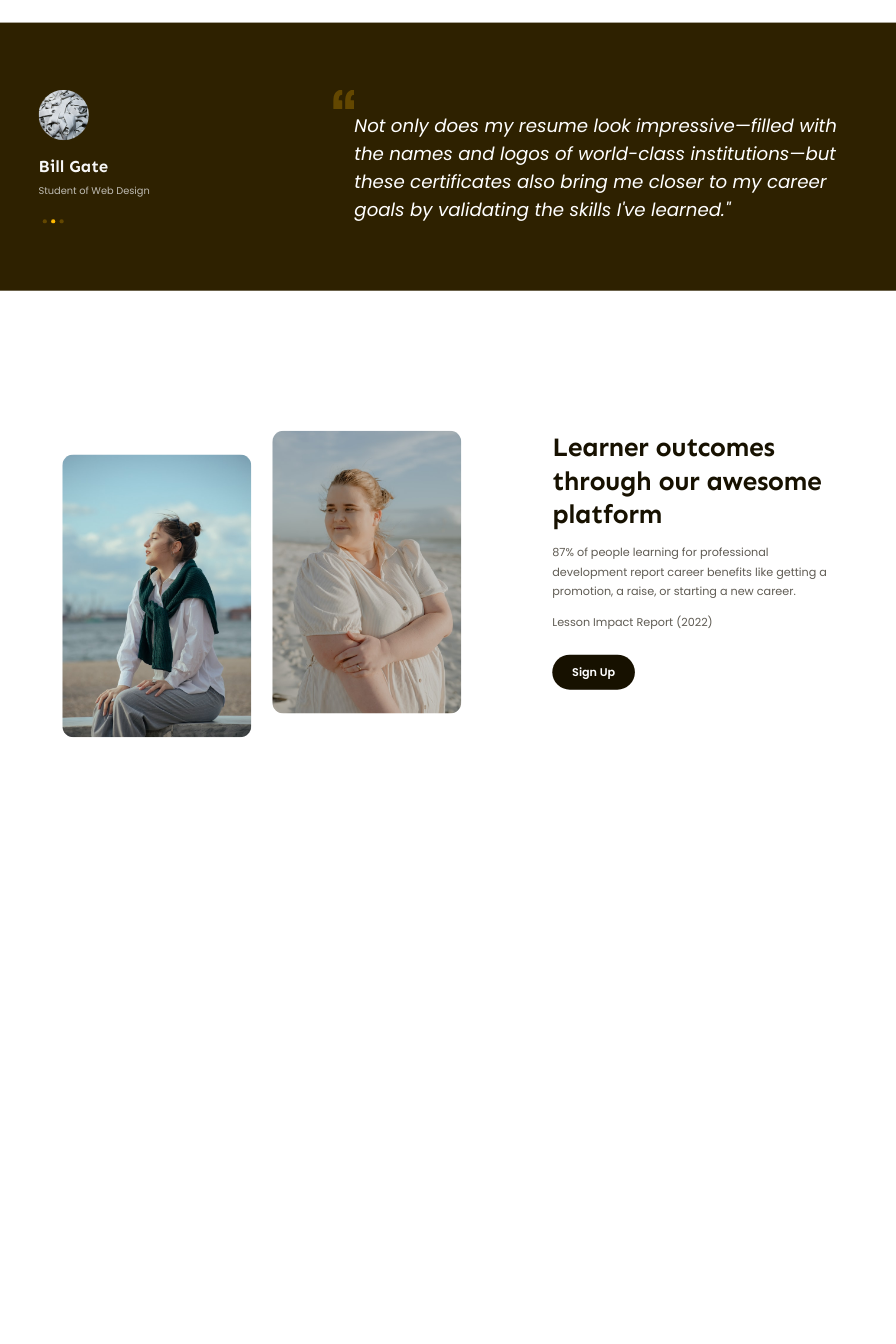
Repository: dovanlanh/f8-project-02
Page: index.html
An editor plug-in stored every save of this project. The page is shown before and after the next save, followed by the edit.
The browser window is 1280 px wide. The pictures show the part of the page from y = 1915 to 3835 px (the page is 10000 px tall), at 70% of full size.

Above is the page before, as saved 2023-02-10 09:05:22.

### index.html
<!DOCTYPE html>
<html lang="en">
<head>
    <meta charset="UTF-8">
    <meta http-equiv="X-UA-Compatible" content="IE=edge">
    <meta name="viewport" content="width=device-width, initial-scale=1.0">
    <title>F8 Project 02</title>
    <!-- reset css -->
    <link rel="stylesheet" href="./assets/css/reset.css">
    <!-- embed fonts -->
    <link rel="preconnect" href="https://fonts.googleapis.com">
    <link rel="preconnect" href="https://fonts.gstatic.com" crossorigin>
    <link href="https://fonts.googleapis.com/css2?family=Poppins:ital,wght@0,400;0,500;0,600;0,700;1,400&family=Sen:wght@700&display=swap" rel="stylesheet">
    <!-- style -->
    <link rel="stylesheet" href="./assets/css/styles.css">
</head>
<body>
    <main style=" height: 10000px">
        <!-- header  -->
        <header class="header fixed">
            <div class="main-content">
                    <div class="body">
                        <!-- logo -->
                        <img src="./assets/img/Lesson.svg" alt="Lesson" class="Logo">
                        <!-- nav -->
                        <nav class="nav">
                            <ul>
                                <li class="active">
                                    <a href="#!">Home</a>
                                </li>
                                <li>
                                    <a href="#!">Courses</a>
                                </li>
                                <li>
                                    <a href="#!">Pricing</a>
                                </li>
                                <li>
                                    <a href="#!">Reviews</a>
                                </li>
                            </ul>
                        </nav>
                        <!-- active -->
                        <div class="action">
                            <a href="#!" class="btn sign-up-btn">Sign Up</a>
                        </div>
                    </div>
            </div>
        </header>
        <!-- Hero -->
        <div class="hero">
            <div class="main-content">
                <div class="body">
                    <!-- Hero left -->
                    <div class="media-block">
                        <img src="./assets/img/guy-lesson.svg" alt="" class="img">
                        <div class="hero-summary">
                            <div class="item">
                                <div class="icon">
                                    <img src="./assets/img/list-icon1.svg" alt="">
                                </div>
                                <div class="info">
                                    <p class="label">20 Courses</p>
                                    <p class="tittle">UI/UX Design</p>
                                </div>
                            </div>
                            <div class="item">
                                <div class="icon">
                                    <img src="./assets/img/list-icon2.svg" alt="">
                                </div>
                                <div class="info">
                                    <p class="label">20 Courses</p>
                                    <p class="tittle">Development</p>
                                </div>
                            </div>
                            <div class="item">
                                <div class="icon">
                                    <img src="./assets/img/list-icon3.svg" alt="">
                                </div>
                                <div class="info">
                                    <p class="label">30 Courses</p>
                                    <p class="tittle">Marketing</p>
                                </div>
                            </div>
                        </div>
                    </div>
                    <!-- hero-right -->
                    <div class="content-block">
                        <h1 class="heading lv1">Learn without limits and spread knowledge.</h1>
                        <p class="desc">
                            Build new skills for that “this is my year” feeling with courses, certificates, and degrees from world-class universities and companies.
                        </p>
                            <div class="cta-group">
                                <a href="#!" class="btn hero-cta">See Courses</a>
                                <button class="watch-video">
                                    <div class="icon">
                                        <img src="./assets/img/icon-watch-video.svg" alt="">
                                    </div>
                                    <span>Watch Video</span>
                                </button>
                            </div>
                        <p class="desc">Recent engagement</p>
                        <div class="desc stats">
                            <strong>50K</strong>Students
                            <strong>70+</strong>Courses
                        </div>
                    </div>
                </div>
            </div>
        </div>
        <!-- Popular -->
        <div class="popular">
            <div class="main-content">
                <!-- popular top -->
                <div class="popular-top">
                    <div class="info">
                        <h2 class="heading lv2">Our popular courses</h2>
                        <p class="desc">Build new skills with new trendy courses and shine for the next future career.</p>
                    </div>
                    <div class="controls">
                        <button class="control-btn">
                            <svg width="8" height="14" viewBox="0 0 8 14" fill="none" xmlns="http://www.w3.org/2000/svg">
                                <path d="M7 1L1 7L7 13" stroke="currentColor" stroke-linecap="round" stroke-linejoin="round"/>
                            </svg>
                        </button>
                        <button class="control-btn">
                            <svg width="8" height="14" viewBox="0 0 8 14" fill="none" xmlns="http://www.w3.org/2000/svg">
                                <path d="M1 1L7 7L1 13" stroke="currentColor" stroke-linecap="round" stroke-linejoin="round"/>
                            </svg>
                        </button>
                    </div>
                </div>
                <!-- popular-bottom -->
                <div class="course-list">
                    <!-- course item 1 -->
                    <div class="course-item">
                        <img src="./assets/img/img-popular/course1.jpg" alt="Basic web design" class="thumb">
                        <div class="info">
                            <div class="head">
                                <h3 class="tittle line-clamp break-all">Basic web design</h3>
                                <div class="rating">
                                    <img src="./assets/img/Star.svg" alt="star" class="star">
                                    <span class="value">4.5</span>
                                </div>
                            </div>
                            <p class="desc-course line-clamp line-2 break-all">Get the best course, gain knowledge and shine for your future career.</p>
                            <div class="foot">
                                <span class="price">$120.75</span>
                                <button class="btn">Book Now</button>
                            </div>
                        </div>
                    </div>
                    <!-- course item 2 -->
                    <div class="course-item">
                        <img src="./assets/img/img-popular/course2.jpg" alt="UI/UX design" class="thumb">
                        <div class="info">
                            <div class="head">
                                <h3 class="tittle line-clamp break-all">UI/UX design</h3>
                                <div class="rating">
                                    <img src="./assets/img/Star.svg" alt="star" class="star">
                                    <span class="value">4.5</span>
                                </div>
                            </div>
                            <p class="desc-course line-clamp line-2 break-all">Get the best course, gain knowledge and shine for your future career.</p>
                            <div class="foot">
                                <span class="price">$120.75</span>
                                <button class="btn">Book Now</button>
                            </div>
                        </div>
                    </div>
                    <!-- course item 3 -->
                    <div class="course-item">
                        <img src="./assets/img/img-popular/course3.jpg" alt="Web App design" class="thumb">
                        <div class="info">
                            <div class="head">
                                <h3 class="tittle line-clamp break-all">Web App design</h3>
                                <div class="rating">
                                    <img src="./assets/img/Star.svg" alt="star" class="star">
                                    <span class="value">4.5</span>
                                </div>
                            </div>
                            <p class="desc-course line-clamp line-2 break-all">Get the best course, gain knowledge and shine for your future career.</p>
                            <div class="foot">
                                <span class="price">$120.75</span>
                                <button class="btn">Book Now</button>
                            </div>
                        </div>
                    </div>
                </div>
            </div>
        </div>
        <!-- feedback -->
        <div class="feedback">
            <div class="main-content">
                <div class="feedback-list">
                    <!-- item 1 -->
                    <div class="feedback-item">
                        <!-- fdb-left -->
                        <div class="info">
                            <img src="./assets/img/img-quotes.jpg" alt="Peter Moor" class="feedback-avt">
                            <p class="tittle-fdb">Peter Moor</p>
                            <p class="desc-fdb">Student of Web Design</p>
                            <div class="dots">
                                <span class="dot active"></span>
                                <span class="dot"></span>
                                <span class="dot"></span>
                            </div>
                        </div>
                        <!-- fdb-right -->
                        <div class="content-fdb">
                            <img src="./assets/img/open-quotes.svg" alt="open quotes" class="open-quotes">
                            <blockquote>
                                Not only does my resume look impressive—filled with the names and logos of world-class institutions—but these certificates also bring me closer to my career goals by validating the skills I've learned."
                            </blockquote>
                        </div>
                    </div>
                    <!-- item 2 -->
                    <div class="feedback-item">
                        <!-- fdb-left -->
                        <div class="info">
                            <img src="./assets/img/img-quotes.jpg" alt="Peter Moor" class="feedback-avt">
                            <p class="tittle-fdb">Bill Gate</p>
                            <p class="desc-fdb">Student of Web Design</p>
                            <div class="dots">
                                <span class="dot"></span>
                                <span class="dot active"></span>
                                <span class="dot"></span>
                            </div>
                        </div>
                        <!-- fdb-right -->
                        <div class="content-fdb">
                            <img src="./assets/img/open-quotes.svg" alt="open quotes" class="open-quotes">
                            <blockquote>
                                Not only does my resume look impressive—filled with the names and logos of world-class institutions—but these certificates also bring me closer to my career goals by validating the skills I've learned."
                            </blockquote>
                        </div>
                    </div>
                    <!-- item 3 -->
                    <div class="feedback-item">
                        <!-- fdb-left -->
                        <div class="info">
                            <img src="./assets/img/img-quotes.jpg" alt="Peter Moor" class="feedback-avt">
                            <p class="tittle-fdb">Elon Musk</p>
                            <p class="desc-fdb">Student of Web Design</p>
                            <div class="dots">
                                <span class="dot"></span>
                                <span class="dot"></span>
                                <span class="dot active"></span>
                            </div>
                        </div>
                        <!-- fdb-right -->
                        <div class="content-fdb">
                            <img src="./assets/img/open-quotes.svg" alt="open quotes" class="open-quotes">
                            <blockquote>
                                Not only does my resume look impressive—filled with the names and logos of world-class institutions—but these certificates also bring me closer to my career goals by validating the skills I've learned."
                            </blockquote>
                        </div>
                    </div>
                </div>
            </div>
        </div>
        <!-- Features -->
        <div class="features">
            <div class="main-content">
                <div class="body">
                    <div class="imges">
                        <img src="./assets/img/feature-1.jpg" alt="Learner outcomes through our awesome platform">
                        <img src="./assets/img/feature-2.jpg" alt="Learner outcomes through our awesome platform">
                    </div>
                    <div class="content">
                        <h2 class="feature-heading">Learner outcomes through our awesome platform</h2>
                        <p class="feature-desc">87% of people learning for professional development report career benefits like getting a promotion, a raise, or starting a new career.</p>
                        <p class="feature-desc">Lesson Impact Report (2022)</p>
                        <a class="btn" href="#!">Sign Up</a>
                    </div>
                </div>
            </div>
        </div>
    </main>
</body>
</html>

### assets/css/styles.css
* {
    box-sizing: border-box;
}
:root {
    --font-heading: sen, sans-serif;
    --primary-color:#FFB900;
}
html,
body {
    scroll-behavior: smooth;
    font-size: 62.5%;
}

html {
    font-size: 62.5%;
}

body {
    font-size: 1.6rem;
    font-family: 'Poppins', sans-serif;
}

/* common */
.break-all {
    word-break: break-all;
}
.line-clamp {
    display: -webkit-box;
    -webkit-line-clamp: var(--line-clamp, 1);
    -webkit-box-orient: vertical;
    overflow: hidden;
}
.line-clamp.line-2 {
    --line-clamp: 2;
}
.heading {
    font-family: var(--font-heading);
    font-weight: 700;
    letter-spacing: -0.02em;
    color: #171100;
}
a {
    text-decoration: none;
}
.main-content {
    width: 1170px;
    max-width: calc(100% - 48px);
    margin-left: auto;
    margin-right: auto;
}
.btn {
    min-width: 118px;
    display: inline-block;
    padding: 0 16px;
    align-items: center;
    line-height: 50px;
    font-weight: 600;
    font-size: 1.6rem;
    text-align: center;
    color: #FFFFFF;
    background: #171100;
    border-radius: 999px;
}
.btn:hover {
    opacity: 0.9;
}
/* header */
.header {
    background:#FFFCF4;
}
.header.fixed {
    position: sticky;
    top: -28px;
    z-index: 1;
}
.header .body {
    display: flex;
    align-items: center;
    padding: 36px 0 8px;
}
.nav ul {
    display: flex;
}

.nav {
    margin-left: auto;
}
.nav a {
    position: relative;
    padding: 8px 21px;
    font-weight: 400;
    font-size: 1.6rem;
    color: #5F5B53;
}
.nav a:hover,
.nav li.active a {
    text-shadow: 1px 0 0 currentColor;
    color: #171100;
}
.nav li.active a::after {
    left: 21px;
    bottom: 6px;
    display: block;
    content: "";
    position: absolute;
    width: 12px;
    height: 2px;
    background: #171100;
    border-radius: 1px;
}
.header .sign-up-btn {
    min-width: 144px;
}
.header .action {
    margin-left: 49px;
}

/* hero */
.hero {
    padding: 56px 0 65px;
    background:#FFFCF4;
}
.hero .body {
    display: flex;
}
/* hero left */
.hero .media-block {
    width: 48%;
    position: relative;
}

.hero .media-block .img {
    width: 470px;
    height: 685px;
    object-fit: cover;
    border-radius: 20px;
    display: block;
}
.hero .media-block .hero-summary {
    position: absolute;
    right: 0;
    bottom: 48px;
}
.hero .hero-summary {
    width: 270px;
    padding: 24px;
    background: #FFFFFF;
    box-shadow: 0px 16px 32px rgba(0, 0, 0, 0.05);
    border-radius: 12px;
}
.hero-summary .item {
    display: flex;
    align-items: center;
}
.hero-summary .icon {
    width: 48px;
    height: 48px;
    border-radius: 50%;
    display: flex;
    align-items: center;
    justify-content: center;
    background: #FFF9E8;
}
.hero-summary .info {
    margin-left: 16px;
}
.hero-summary .label {
    font-weight: 400;
    font-size: 1.4rem;
    line-height: 1.86;
    color: #5F5B53;
}
.hero-summary .tittle {
    font-weight: 600;
    font-size: 1.8rem;
    line-height: 1.67;
    color: #171100;
}
.hero-summary .item + .item {
    margin-top: 22px;
}
.hero-summary .item:nth-of-type(2) .icon {
    background: #FCEFFF;
}
.hero-summary .item:nth-of-type(3) .icon {
    background: #EBEAFF;
}
/* hero right */
.hero .content-block {
    width: 52%;
    padding: 64px 0 0 130px;
}
.hero .content-block .heading.lv1 {
    font-size: 5.8rem;
    line-height: 1.17;
}
.content-block .desc {
    margin-top: 22px;
    font-weight: 400;
    font-size: 1.8rem;
    line-height: 1.67;
    color: #5F5B53;
}
.content-block .cta-group {
    margin: 38px 0 48px;
}
.content-block .cta-group .hero-cta{
    min-width: 180px;
    background-color: var(--primary-color);
    line-height: 64px;
}
.content-block .cta-group {
    display: flex;
    align-items: center;
}
.hero .watch-video {
    margin-left: 28px;
    display: flex;
    align-items: center;
    border: none;
    background: transparent;
    cursor: pointer;

}
.cta-group span {
    font-family: 'poppins', sans-serif;
    margin-left: 14px;
    font-weight: 600;
    font-size: 1.8rem;
    line-height: 1.67;
    color: #171100;
}
.hero .watch-video .icon {
    display: flex;
    align-items: center;
    justify-content: center;
    width: 40px;
    height: 40px;
    background: #FFFFFF;
    box-shadow: 0px 8px 16px rgba(0, 0, 0, 0.07);
    border-radius: 50%;
    cursor: pointer;
}
.hero .watch-video .icon:hover {
    background: orange;
    opacity: 0.5;
}
.hero .stats {
    margin: 8px 0 0 -28px;

}
.hero .stats strong {
    --font-heading: sen, sans-serif;
    padding: 0 8px 0 28px;
    font-weight: 700;
    font-size: 4.4rem;
    line-height: 1.23;
    color: #171100;
}
/* popular */
.popular {
    padding: 65px 0;
    margin-top: 135px;
}
.popular .heading.lv2 {
    font-size: 3.8rem;
    line-height: 1.26;
}
.popular .desc {
    margin-top: 16px;
    width: 458px;
    font-weight: 400;
    font-size: 1.8rem;
    line-height: 1.67;
    color: #5F5B53;
}
.popular .popular-top {
    display: flex;
    justify-content: space-between;
    align-items: center;
}
.popular-top .controls {
    display: flex;
    gap: 18px;
}
.popular-top .control-btn {
    display: flex;
    align-items: center;
    justify-content: center;
    width: 40px;
    height: 40px;
    color: var(--primary-color);
    border: 1px solid var(--primary-color);
    border-radius: 50%;
    background: transparent;
}
.popular-top .control-btn:hover {
    color: #fff;
    background: var(--primary-color);
    cursor: pointer;
}
/* Course list */
.popular .course-list {
    display: flex;
    gap: 30px;
    margin-top: 55px;
}
.popular .course-item {
    flex: 1;
    width: 370px;
    background: #FFFFFF;
    border: 1px solid #E2DFDA;
    border-radius: 12px;
}
.popular .course-item .thumb {
    width: calc(100% + 2px);
    height: 278px;
    margin: -1px;
    object-fit: cover;
    border-radius: 12px 12px 0px 0px;
}
.popular .course-item .info {
    padding: 16px 22px 22px;
}
.popular .course-item .foot,
.popular .course-item .rating,
.popular .course-item .head {
    display: flex;
    align-items: center;
    justify-content: space-between;
}
.popular .course-item .tittle {
    padding-right: 6px;
    font-weight: 600;
    font-size: 1.8rem;
    line-height: 1.67;
    color: #171100;
}
.popular .course-item .rating .value {
    margin-left: 6px;
    font-weight: 400;
    font-size: 1.6rem;
    line-height: 1.75;
    color: #FEA31B;
}
.popular .course-item .desc-course {
    margin-top: 6px;
    font-weight: 400;
    font-size: 1.4rem;
    line-height: 1.86;
    color: #5F5B53;
}
.popular .foot {
    margin-top: 12px;
}
.popular .foot .price{
    font-weight: 600;
    font-size: 1.8rem;
    line-height: 1.67;
    color: #171100;
}
.popular .foot .btn {
    height: 50px;
    border: none;
}
.popular .foot .btn:hover {
    background: #FFB900;
    transition: 0.2s;
}
/* feedback */
.feedback {
    margin-top: 135px;
    background: #2E2100;
    padding: 96px 0;
}
.feedback-list {
    display: flex;
    overflow: hidden;
}
.feedback-item {
    display: flex;
    flex-shrink: 0;
    width: 100%;
    transform: translateX(-100%);
    transition: all ease 0.3s;
}
.feedback-item .feedback-avt {
    width: 72px;
    height: 72px;
    object-fit: cover;
    border-radius: 50%;
}
.feedback-item .tittle-fdb {
    font-family: var(--font-heading);
    margin-top: 18px;
    font-weight: 700;
    font-size: 2.4rem;
    line-height: 1.42;
    color: #F7F7F7;
}
.feedback-item .desc-fdb {
    margin-top: 4px;
    font-weight: 400;
    font-size: 1.4rem;
    line-height: 1.86;
    color: #BFBCB3;
}
.feedback-item .dots {
    display: flex;
    margin-top: 28px;
}
.feedback-item .dot {
    width: 6px;
    height: 6px;
    margin-left: 6px;
    border-radius: 50%;
    background: #634700;
}
.feedback-item .dot.active{
    background: #FFB900;
    transition: 0.2s;
}
.feedback-item .content-fdb {
    width: 64%;
    margin-left: auto;
}
.content-fdb blockquote {
    margin-left: 30px;
    font-style: italic;
    font-weight: 400;
    font-size: 2.6rem;
    line-height: 1.54;
    color: #FFFFFF;
}
/* feature */
.features {
    padding: 65px;
    margin-top: 135px;
}
.features .body {
    display: flex;
}
.features .imges {
    display: flex;
    gap: 30px;
}
.features .imges img {
    width: 270px;
    height: 404px;
    object-fit: cover;
    border-radius: 16px;
}
.features .imges img:first-child {
    margin-top: 34px;
}
.features .content {
    width: 41%;
    margin-left: 130px;
}
.features .feature-heading {
    font-family: var(--font-heading);
    font-weight: 700;
    font-size: 3.8rem;
    line-height: 1.26;
    letter-spacing: -0.02em;
    color: #171100;
}
.features .feature-desc {
    margin-top: 16px;
    font-weight: 400;
    font-size: 1.6;
    line-height: 1.75;
    color: #5F5B53;
}
.features .content a {
    margin-top: 32px;
}

Loaded but not shown: assets/css/reset.css (common file)

After the next save:
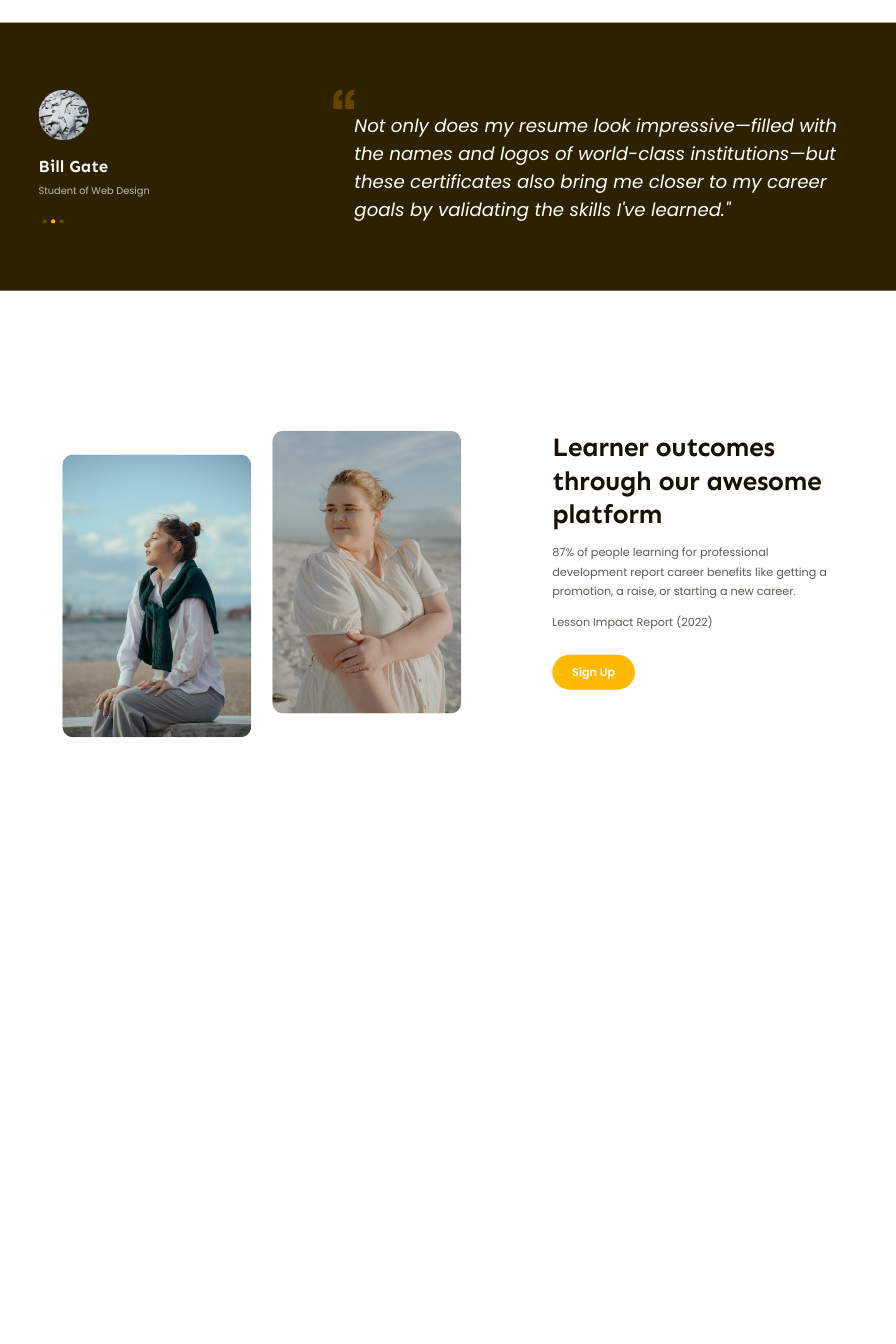
Saved 21 s later.
--- a/assets/css/styles.css
+++ b/assets/css/styles.css
@@ -474,4 +474,6 @@ a {
 }
 .features .content a {
     margin-top: 32px;
-}
+    background: #FFB900;
+    border-radius: 26px;
+}
